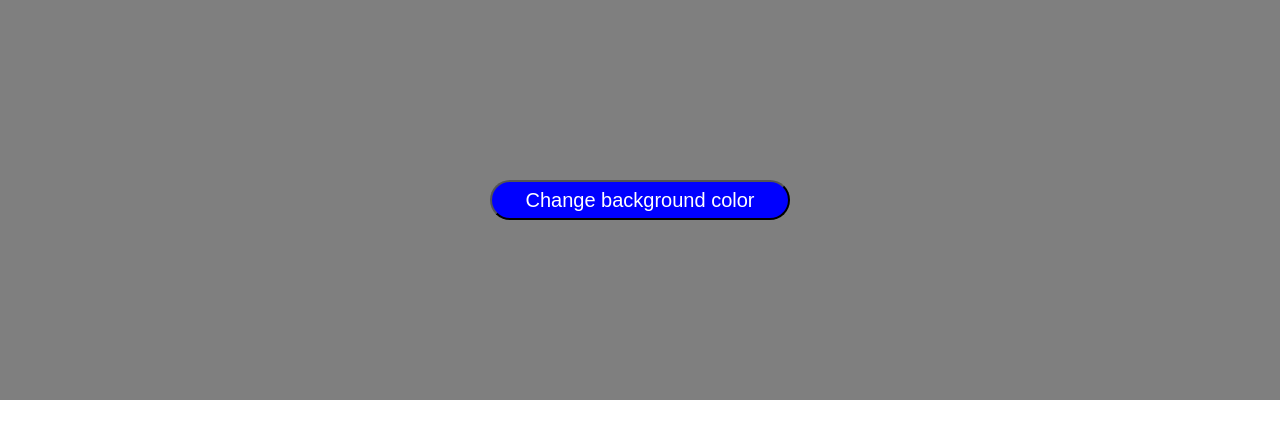
Repository: zRush1202/LoginPage-demo
Page: dom/index1.html
The author's editor kept a copy of each file at every save. The page is drawn from the files as they stood at one save, then again after the next save.
The browser window is 1280 px wide. The pictures show the whole page.

Above is the page before, as saved 2023-09-16 20:09:22.

After the next save:
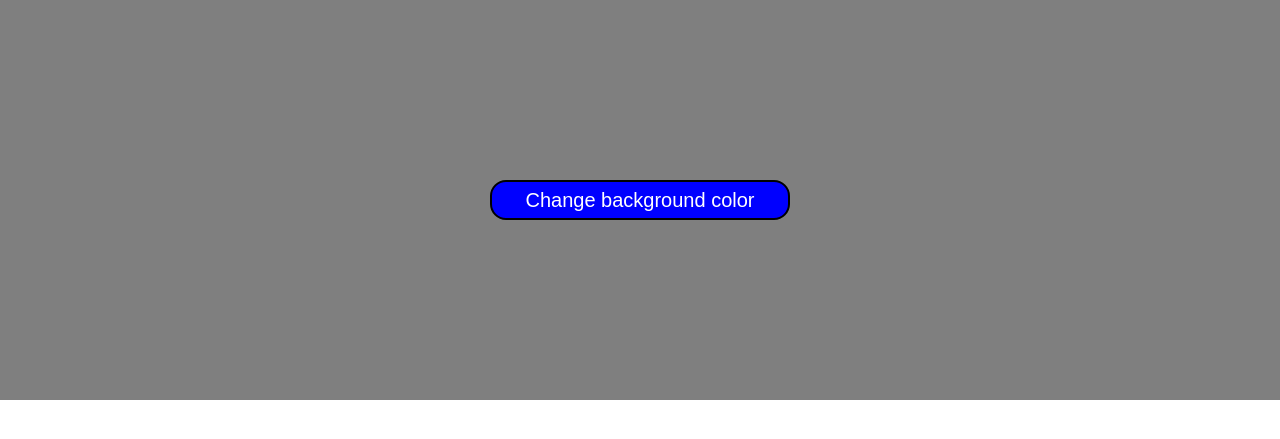
Saved 46 s later.
--- a/dom/style1.css
+++ b/dom/style1.css
@@ -20,5 +20,6 @@
     height: 40px;
     width: 300px;
     font-size: 20px;
-    border-radius: 20px;
+    border-radius: 16px;
+    border: 2px solid black;
 }
